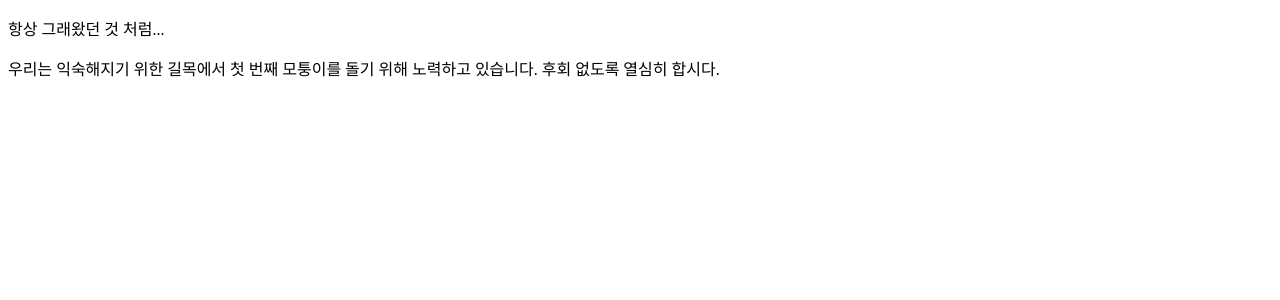
Repository: yhj4130/WebStudy
Page: WebApp01/WebContent/Test001.html
An editor plug-in stored every save of this project. The page is shown before and after the next save, followed by the edit.
The browser window is 1280 px wide. The pictures show the whole page.

Above is the page before, as saved 2019-04-29 06:47:39.

### WebApp01/WebContent/Test001.html
<!DOCTYPE html>
<html>
<head>
<meta charset="UTF-8">
<title>Test001.html</title>
</head>
<body>

<p>항상 그래왔던 것 처럼...</p>

우리는 익숙해지기 위한 길목에서
첫 번째 모퉁이를 돌기 위해 노력하고 있습니다.
후회 없도록 열심히 합시다.

</body>
</html>

After the next save:
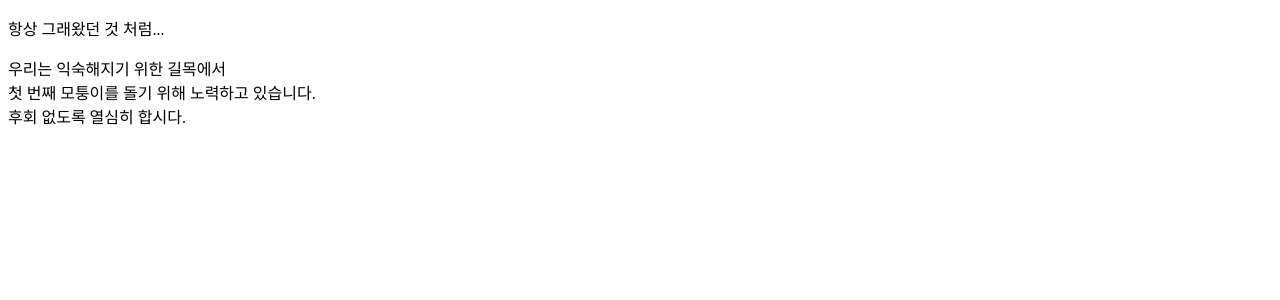
Saved 17 s later.
--- a/WebApp01/WebContent/Test001.html
+++ b/WebApp01/WebContent/Test001.html
@@ -9,8 +9,8 @@
 <p>항상 그래왔던 것 처럼...</p>
 
 우리는 익숙해지기 위한 길목에서
-첫 번째 모퉁이를 돌기 위해 노력하고 있습니다.
-후회 없도록 열심히 합시다.
+<br>첫 번째 모퉁이를 돌기 위해 노력하고 있습니다.
+<br>후회 없도록 열심히 합시다.
 
 </body>
 </html>
